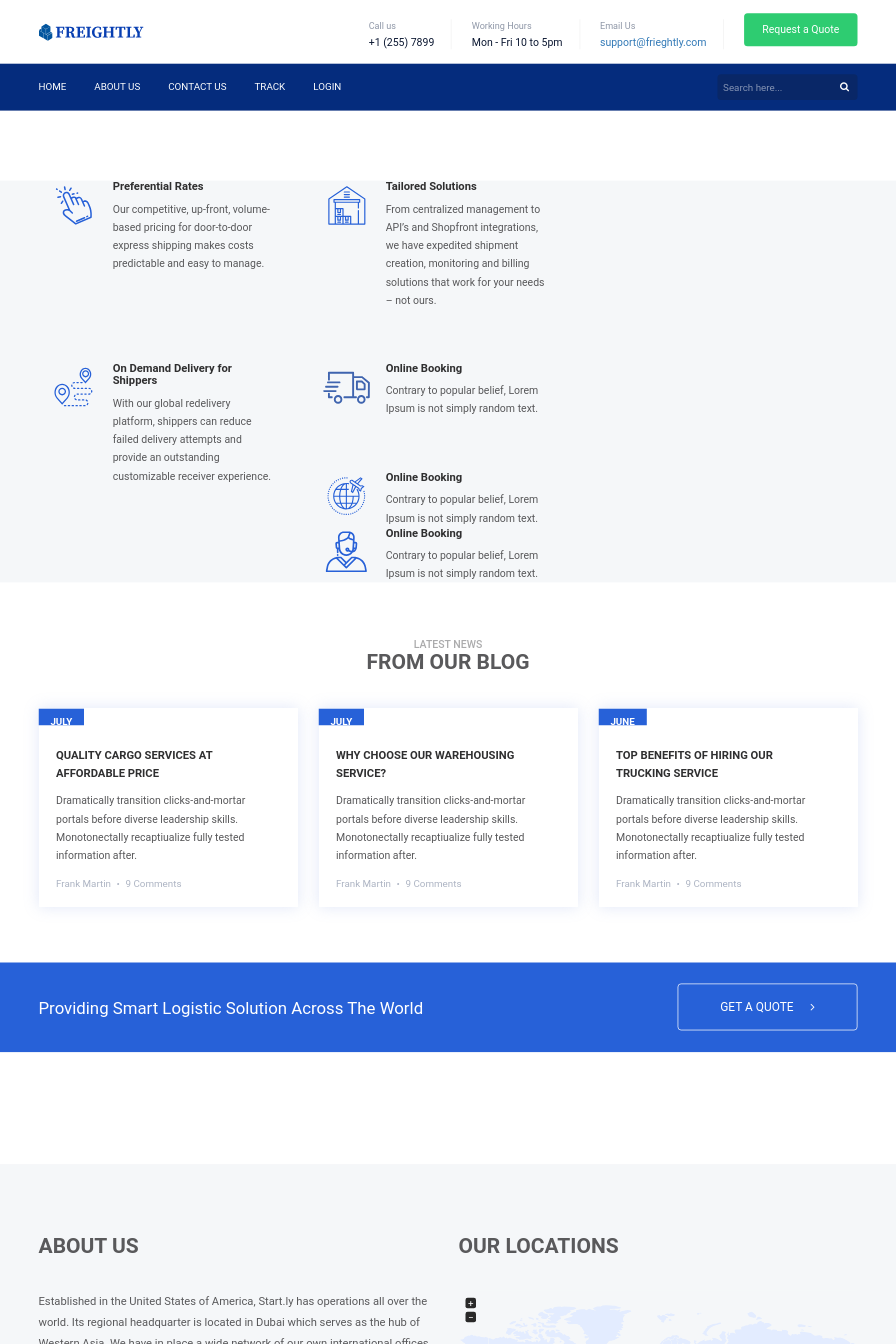
Repository: greatchriz/shipery
Page: http://localhost/
An editor plug-in stored every save of this project. The page is shown before and after the next save, followed by the edit.
The browser window is 1280 px wide. The pictures show the part of the page from y = 0 to 1920 px (the page is 2866 px tall before and 2734 px after), at 70% of full size.
The page is served by the project's Laravel application, run on PHP 8.4 with Laravel 10. Other server files are loaded and not shown.

Above is the page before, as saved 2024-02-02 16:41:50.
Console error: TypeError: navbar.affix is not a function

### routes/web.php
<?php

use App\Http\Controllers\ItemController;
use App\Http\Controllers\ProfileController;
use Illuminate\Support\Facades\Route;
use App\Http\Controllers\MainPageController;
use App\Http\Controllers\DashboardController;
/*
|--------------------------------------------------------------------------
| Web Routes
|--------------------------------------------------------------------------
|
| Here is where you can register web routes for your application. These
| routes are loaded by the RouteServiceProvider and all of them will
| be assigned to the "web" middleware group. Make something great!
|
*/

Route::get('/', [MainPageController::class, 'home'])->name('home');
Route::get('/about-us', [MainPageController::class, 'aboutUs'])->name('about-us');
Route::get('/contact-us', [MainPageController::class, 'contactUs'])->name('contact-us');
Route::get('/tracking', [MainPageController::class, 'tracking'])->name('tracking');
Route::post('/track', [ItemController::class, 'show'])->name('track');


Route::get('/dashboard', [DashboardController::class, 'dashboard'])->middleware(['auth', 'verified'])->name('dashboard');

Route::get('/senders', [DashboardController::class, 'senderIndex'])->middleware(['auth', 'verified'])->name('sender.index');

Route::middleware('auth')->group(function () {
    Route::get('/profile', [ProfileController::class, 'edit'])->name('profile.edit');
    Route::patch('/profile', [ProfileController::class, 'update'])->name('profile.update');
    Route::delete('/profile', [ProfileController::class, 'destroy'])->name('profile.destroy');
});

require __DIR__.'/auth.php';

### app/Http/Controllers/MainPageController.php
<?php

namespace App\Http\Controllers;

use App\Models\MainPage;
use Illuminate\Http\Request;

class MainPageController extends Controller
{
    /**
     * Display a listing of the resource.
     */
    public function home()
    {
        return view('welcome');
    }

    /**
     * Show the form for creating a new resource.
     */
    public function aboutUs()
    {
        return view('about');
    }

    public function contactUs()
    {
        return view('contact');
    }


    public function tracking()
    {
        return view('tracking');
    }


    /**
     * Store a newly created resource in storage.
     */
    public function store(Request $request)
    {
        //
    }

    /**
     * Display the specified resource.
     */
    public function show(MainPage $mainPage)
    {
        //
    }

    /**
     * Show the form for editing the specified resource.
     */
    public function edit(MainPage $mainPage)
    {
        //
    }

    /**
     * Update the specified resource in storage.
     */
    public function update(Request $request, MainPage $mainPage)
    {
        //
    }

    /**
     * Remove the specified resource from storage.
     */
    public function destroy(MainPage $mainPage)
    {
        //
    }
}

### resources/views/welcome.blade.php
<x-front-layout>
    <x-sections.main_slider />

    <x-sections.feature_slider />

    <x-sections.main_feature />

    <x-sections.our_blog />

    <x-sections.get_quote />

    <x-sections.testimonials_area />

    <x-sections.about_area />

    <x-sections.client_logo_area />

</x-front-layout>

### resources/views/components/sections/feature_slider.blade.php
<section class="feature_slider_area">
    <div class="container">
      <div class="row feature_row">
        <div class="feature_slider_inner owl-carousel">
          <div class="item">
            <div class="feature_s_item">
              <img
                alt=""
                class="svg social-link"
                src="/img/icon/svg/aeroplane.svg" />
              <a href="#">
                <h4>Air Cargo</h4>
              </a>
              <p>
                Whether you need to ship urgent or oversized cargo, we have the expertise and network to deliver it safely and on time. Our air cargo services cover all major airports around the world, with competitive rates and flexible options.
              </p>
            </div>
          </div>
          <div class="item">
            <div class="feature_s_item">
              <img
                alt=""
                class="svg social-link"
                src="/img/icon/svg/ship.svg" />
              <a href="#">
                <h4>Sea Freight</h4>
              </a>
              <p>
                We offer reliable and cost-effective sea freight solutions for any type of cargo, from containers to bulk and project cargo. Our sea freight services include port-to-port, door-to-door, and multimodal transportation, as well as customs clearance and documentation.
              </p>
            </div>
          </div>
          <div class="item">
            <div class="feature_s_item">
              <img
                alt=""
                class="svg social-link"
                src="/img/icon/svg/delivery-truck.svg" />
              <a href="#">
                <h4>Road Transport</h4>
              </a>
              <p>
                We provide efficient and economical road transport solutions for your domestic and cross-border shipments. Our road transport services include full truckload, less than truckload, and express delivery, as well as specialized vehicles and equipment for heavy or fragile cargo.
              </p>
            </div>
          </div>

        </div>
      </div>
    </div>
  </section>

### resources/views/components/sections/main_feature.blade.php
<section class="main_feature_area">
    <div class="left_feature_content">
      <div class="left_feature_inner_text">
        <div class="media">
          <div class="media-left">
            <img
              class="svg social-link"
              src="/img/icon/svg/pointer.svg"
              alt="" />
          </div>
          <div class="media-body">
            <a href="#">
              <h4>Preferential Rates</h4>
            </a>
            <p>
                Our competitive, up-front, volume-based pricing for door-to-door express shipping makes costs predictable and easy to manage.
            </p>
          </div>
        </div>
        <div class="media">
          <div class="media-left">
            <img
              class="svg social-link"
              src="/img/icon/svg/warehouse.svg"
              alt="" />
          </div>
          <div class="media-body">
            <a href="#">
              <h4>Tailored Solutions</h4>
            </a>
            <p>
                From centralized management to API’s and Shopfront integrations, we have expedited shipment creation, monitoring and billing solutions that work for your needs – not ours.
            </p>
          </div>
        </div>
        <div class="media">
          <div class="media-left">
            <img
              class="svg social-link"
              src="/img/icon/svg/route.svg"
              alt="" />
          </div>
          <div class="media-body">
            <a href="#">
              <h4>On Demand Delivery for Shippers</h4>
            </a>
            <p>
                With our global redelivery platform, shippers can reduce failed delivery attempts and provide an outstanding customizable receiver experience.
            </p>
          </div>
        </div>
        <div class="media">
          <div class="media-left">
            <img
              class="svg social-link"
              src="/img/icon/svg/delivery-truck2.svg"
              alt="" />
          </div>
          <div class="media-body">
            <a href="#">
              <h4>Online Booking</h4>
            </a>
            <p>
              Contrary to popular belief, Lorem Ipsum is not simply random
              text.
            </p>
          </div>
        </div>
        <div class="media">
          <div class="media-left">
            <img
              class="svg social-link"
              src="/img/icon/svg/flight.svg"
              alt="" />
          </div>
          <div class="media-body">
            <a href="#">
              <h4>Online Booking</h4>
            </a>
            <p>
              Contrary to popular belief, Lorem Ipsum is not simply random
              text.
            </p>
          </div>
        </div>
        <div class="media">
          <div class="media-left">
            <img
              class="svg social-link"
              src="/img/icon/svg/telemarketer.svg"
              alt="" />
          </div>
          <div class="media-body">
            <a href="#">
              <h4>Online Booking</h4>
            </a>
            <p>
              Contrary to popular belief, Lorem Ipsum is not simply random
              text.
            </p>
          </div>
        </div>
      </div>
    </div>
    <div class="right_feature_image">
      <img src="/img/feature-right.jpg" alt="" />
    </div>
  </section>

### resources/views/components/sections/our_blog.blade.php
<section class="our_blog_area">
    <div class="container">
      <div class="main_title">
        <h5>LATEST NEWS</h5>
        <h2>FROM OUR BLOG</h2>
      </div>
      <div class="row our_blog_inner">
        <div class="col-md-4">
          <div class="our_blog_item">
            <div class="our_blog_img">
              <img src="/img/blog/our-blog/our-blog-1.jpg" alt="" />
              <div class="b_date">
                <h6>JULY</h6>
                <h5>25</h5>
              </div>
            </div>
            <div class="our_blog_content">
              <a href="blog-details.html">
                <h4>QUALITY CARGO SERVICES AT AFFORDABLE PRICE</h4>
              </a>
              <p>
                Dramatically transition clicks-and-mortar portals before
                diverse leadership skills. Monotonectally recaptiualize fully
                tested information after.
              </p>
              <h6>
                <a href="#">Frank Martin</a><span>•</span
                ><a href="#">9 Comments</a>
              </h6>
            </div>
          </div>
        </div>
        <div class="col-md-4">
          <div class="our_blog_item">
            <div class="our_blog_img">
              <img src="/img/blog/our-blog/our-blog-2.jpg" alt="" />
              <div class="b_date">
                <h6>JULY</h6>
                <h5>12</h5>
              </div>
            </div>
            <div class="our_blog_content">
              <a href="blog-details.html">
                <h4>WHY CHOOSE OUR WAREHOUSING SERVICE?</h4>
              </a>
              <p>
                Dramatically transition clicks-and-mortar portals before
                diverse leadership skills. Monotonectally recaptiualize fully
                tested information after.
              </p>
              <h6>
                <a href="#">Frank Martin</a><span>•</span
                ><a href="#">9 Comments</a>
              </h6>
            </div>
          </div>
        </div>
        <div class="col-md-4">
          <div class="our_blog_item">
            <div class="our_blog_img">
              <img src="/img/blog/our-blog/our-blog-3.jpg" alt="" />
              <div class="b_date">
                <h6>June</h6>
                <h5>07</h5>
              </div>
            </div>
            <div class="our_blog_content">
              <a href="blog-details.html">
                <h4>
                  TOP BENEFITS OF HIRING OUR <br class="b_title_br" />TRUCKING
                  SERVICE
                </h4>
              </a>
              <p>
                Dramatically transition clicks-and-mortar portals before
                diverse leadership skills. Monotonectally recaptiualize fully
                tested information after.
              </p>
              <h6>
                <a href="#">Frank Martin</a><span>•</span
                ><a href="#">9 Comments</a>
              </h6>
            </div>
          </div>
        </div>
      </div>
    </div>
  </section>

### resources/views/components/sections/get_quote.blade.php
<section class="get_quote_area">
    <div class="container">
      <div class="pull-left">
        <h4>Providing Smart Logistic Solution Across The World</h4>
      </div>
      <div class="pull-right">
        <a class="b_get_btn" href="request-quote.html"
          >Get a Quote <i class="fa fa-angle-right"></i
        ></a>
      </div>
    </div>
  </section>

### resources/views/components/sections/testimonials_area.blade.php
<section class="testimonials_area">
    <div class="container">
      <div class="testimonials_inner">
        <div class="testimonials_slider owl-carousel">
          <div class="item">
            <img
              class="img-circle"
              src="/img/testimonials/testimonials-1.png"
              alt="" />
            <p>
              Lorem Ipsum is simply dummy text of the printing and typesetting
              industry. Lorem Ipsum has been the industry's standard dummy
              text ever since the 1500s, when an unknown printer took a galley
              of type and scrambled it to make a type specimen book.
            </p>
            <h4>Steve Jobs</h4>
          </div>
          <div class="item">
            <img
              class="img-circle"
              src="/img/testimonials/testimonials-1.png"
              alt="" />
            <p>
              Lorem Ipsum is simply dummy text of the printing and typesetting
              industry. Lorem Ipsum has been the industry's standard dummy
              text ever since the 1500s, when an unknown printer took a galley
              of type and scrambled it to make a type specimen book.
            </p>
            <h4>Jon Anderson</h4>
          </div>
          <div class="item">
            <img
              class="img-circle"
              src="/img/testimonials/testimonials-1.png"
              alt="" />
            <p>
              Lorem Ipsum is simply dummy text of the printing and typesetting
              industry. Lorem Ipsum has been the industry's standard dummy
              text ever since the 1500s, when an unknown printer took a galley
              of type and scrambled it to make a type specimen book.
            </p>
            <h4>Steve Jobs</h4>
          </div>
        </div>
      </div>
    </div>
  </section>

### resources/views/components/sections/about_area.blade.php
<section class="about_area">
    <div class="container">
      <div class="row">
        <div class="col-md-6">
          <div class="about_left_text">
            <h3 class="single_title">About Us</h3>
            <p>
              Established in the United States of America, Start.ly has
              operations all over the world. Its regional headquarter is
              located in Dubai which serves as the hub of Western Asia. We
              have in place a wide network of our own international offices
              and affiliates dedicated around the world.
            </p>
            <p>
              Globally repurpose distinctive "outside the box" thinking and
              premium process improvements. Dynamically utilize flexible ideas
              after future-proof expertise. Progressively disseminate
              multidisciplinary relationships.
            </p>
            <a class="more_btn" href="#"
              >KNOW MORE <i class="fa fa-angle-right"></i
            ></a>
          </div>
        </div>
        <div class="col-md-6">
          <h4 class="single_title">OUR LOCATIONS</h4>

          <div id="jvectormap"></div>
        </div>
      </div>
    </div>
  </section>

### resources/views/components/sections/client_logo_area.blade.php
<section class="client_logo_area">
    <div class="container">
        <div class="client_slider owl-carousel">
            <div class="item">
                <img src="/img/client-logo/client-1.png" alt="" />
            </div>
            <div class="item">
                <img src="/img/client-logo/client-2.png" alt="" />
            </div>
            <div class="item">
                <img src="/img/client-logo/client-3.png" alt="" />
            </div>
            <div class="item">
                <img src="/img/client-logo/client-4.png" alt="" />
            </div>
            <div class="item">
                <img src="/img/client-logo/client-5.png" alt="" />
            </div>
        </div>
    </div>
</section>

### resources/views/components/navigation.blade.php
@props(['active', 'navLink', 'navTitle'])

@php
$classes = ($active ?? false)
    ? 'active'
    : '';
@endphp

<li {{ $attributes->merge(['class' => $classes]) }}>
    <a href="{{ $navLink }}">{{ $navTitle }}</a>
</li>

Loaded but not shown: app/Providers/AppServiceProvider.php (common file); routes/auth.php (common file); app/Http/Controllers/Auth/EmailVerificationPromptController.php (common file); app/Http/Controllers/Controller.php (common file); app/Http/Controllers/Auth/VerifyEmailController.php (common file); public/css/font-awesome.min.css (library); public/css/bootstrap.min.css (library); public/vendors/revolution/css/settings.css (library); public/vendors/revolution/css/layers.css (library); public/vendors/revolution/css/navigation.css (library); public/vendors/animate-css/animate.css (library); public/vendors/owl-carousel/assets/owl.carousel.min.css (common file); public/vendors/magnific-popup/magnific-popup.css (library); public/css/style.css (library); public/js/jquery-2.2.4.js (library); public/vendors/revolution/js/jquery.themepunch.tools.min.js (library); public/vendors/revolution/js/jquery.themepunch.revolution.min.js (library); public/vendors/revolution/js/extensions/revolution.extension.actions.min.js (library); public/vendors/revolution/js/extensions/revolution.extension.video.min.js (library); public/vendors/revolution/js/extensions/revolution.extension.slideanims.min.js (library); public/vendors/revolution/js/extensions/revolution.extension.layeranimation.min.js (library); public/vendors/revolution/js/extensions/revolution.extension.navigation.min.js (library); public/vendors/owl-carousel/owl.carousel.min.js (library); public/vendors/magnific-popup/jquery.magnific-popup.min.js (library); public/vendors/jvectormap/jvectormap.min.js (library); public/vendors/jvectormap/jvectormap-worldmill.js (library); public/js/script.js (library); public/img/icon/svg/flight.svg (293 lines, source omitted); public/img/icon/svg/route.svg (89 lines, source omitted); public/img/default.svg (1 lines, source omitted); public/img/default-monochrome-footer.svg (1 lines, source omitted); public/img/icon/svg/pointer.svg (64 lines, source omitted); public/img/icon/svg/telemarketer.svg (54 lines, source omitted); public/img/icon/svg/warehouse.svg (59 lines, source omitted); public/img/icon/svg/delivery-truck.svg (29 lines, source omitted); public/img/icon/svg/ship.svg (37 lines, source omitted); public/img/icon/svg/delivery-truck2.svg (28 lines, source omitted); public/img/icon/svg/aeroplane.svg (26 lines, source omitted); public/js/locations.js (1 lines, source omitted); resources/views/components/sections/main_slider.blade.php (292 lines, source omitted); resources/views/components/front-layout.blade.php (303 lines, source omitted)

After the next save:
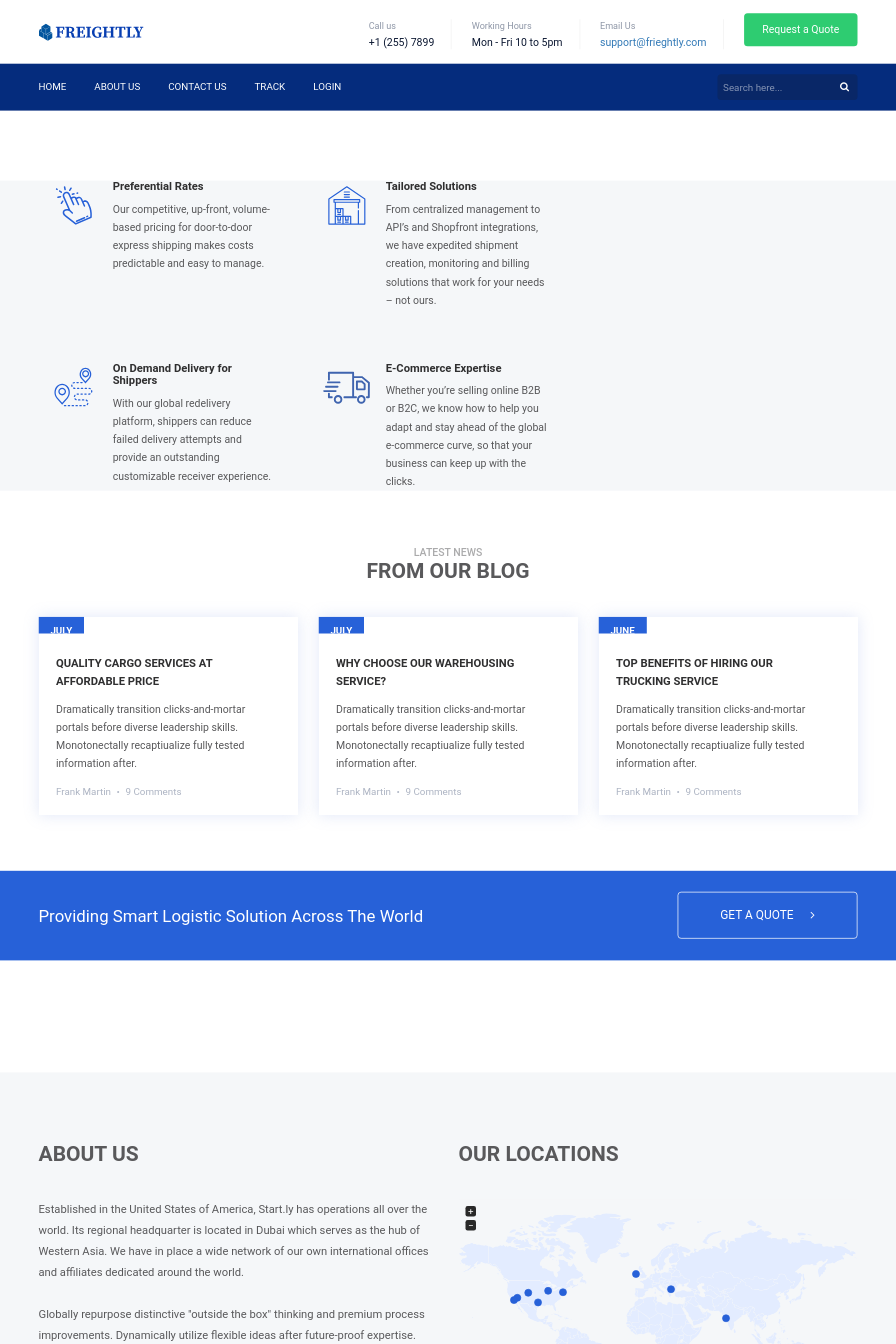
Saved 38 s later.
--- a/resources/views/components/sections/main_feature.blade.php
+++ b/resources/views/components/sections/main_feature.blade.php
@@ -58,45 +58,10 @@
           </div>
           <div class="media-body">
             <a href="#">
-              <h4>Online Booking</h4>
+              <h4>E-Commerce Expertise</h4>
             </a>
             <p>
-              Contrary to popular belief, Lorem Ipsum is not simply random
-              text.
-            </p>
-          </div>
-        </div>
-        <div class="media">
-          <div class="media-left">
-            <img
-              class="svg social-link"
-              src="/img/icon/svg/flight.svg"
-              alt="" />
-          </div>
-          <div class="media-body">
-            <a href="#">
-              <h4>Online Booking</h4>
-            </a>
-            <p>
-              Contrary to popular belief, Lorem Ipsum is not simply random
-              text.
-            </p>
-          </div>
-        </div>
-        <div class="media">
-          <div class="media-left">
-            <img
-              class="svg social-link"
-              src="/img/icon/svg/telemarketer.svg"
-              alt="" />
-          </div>
-          <div class="media-body">
-            <a href="#">
-              <h4>Online Booking</h4>
-            </a>
-            <p>
-              Contrary to popular belief, Lorem Ipsum is not simply random
-              text.
+                Whether you’re selling online B2B or B2C, we know how to help you adapt and stay ahead of the global e-commerce curve, so that your business can keep up with the clicks.
             </p>
           </div>
         </div>
